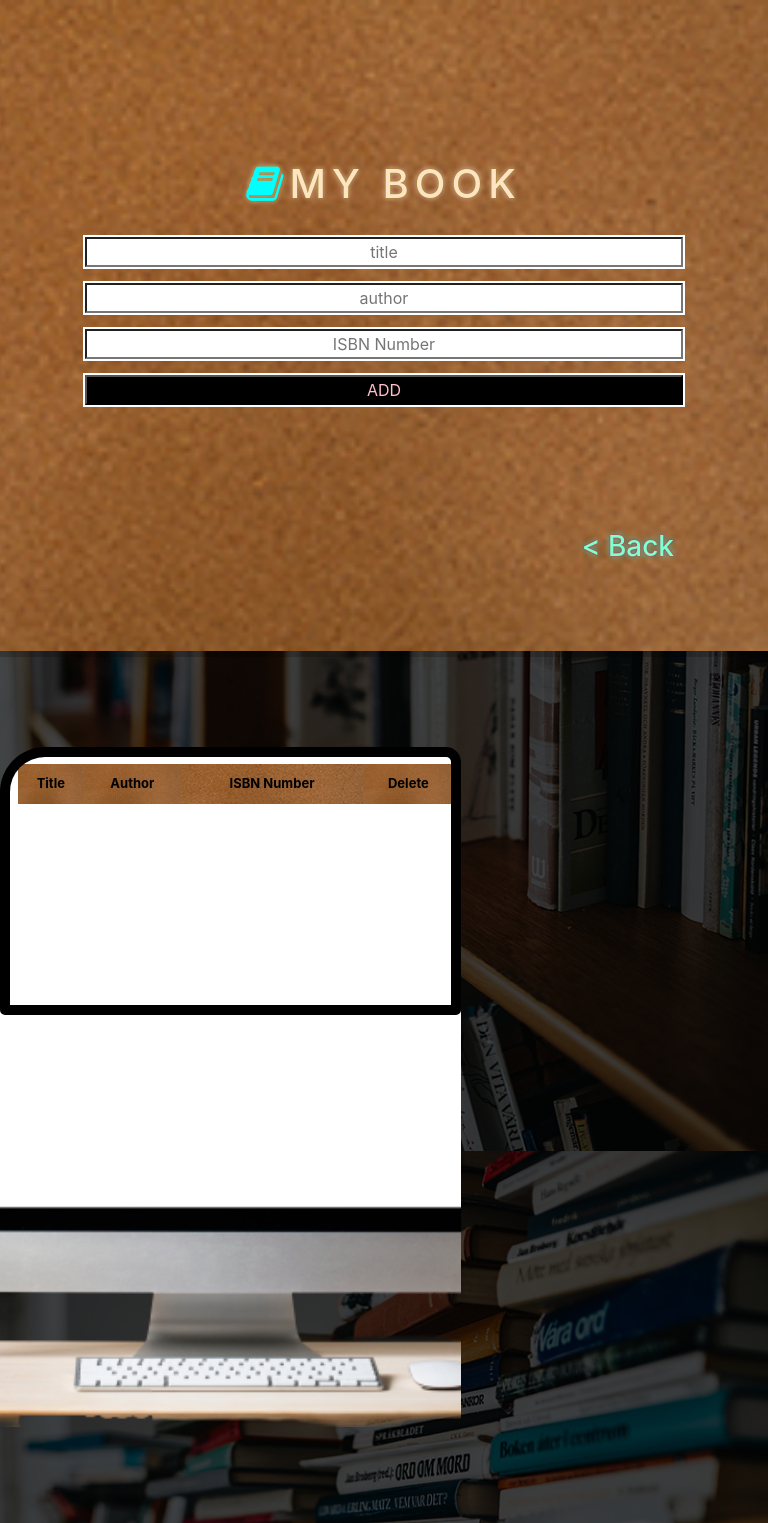
Repository: CSituma/Home-Library-App
Page: libu.html
An editor plug-in stored every save of this project. The page is shown before and after the next save, followed by the edit.
The browser window is 768 px wide. The pictures show the whole page.
Backgrounds fixed to the window are drawn as part of the page. Some web libraries are served in a nearby version.

Above is the page before, as saved 2020-11-10 21:26:57.

### libu.html
<!DOCTYPE html>
<html lang="en">
<head>
    <meta charset="UTF-8">
    <meta name="viewport" content="width=device-width, initial-scale=1.0">
    <meta http-equiv="X-UA-Compatible" content="ie=edge">
    <link rel="stylesheet" href="style.css">
    <link rel="stylesheet" href="https://cdnjs.cloudflare.com/ajax/libs/font-awesome/4.7.0/css/font-awesome.min.css"/>
<link rel="stylesheet" href="https://stackpath.bootstrapcdn.com/bootstrap/4.5.0/css/bootstrap.min.css" integrity="sha384-9aIt2nRpC12Uk9gS9baDl411NQApFmC26EwAOH8WgZl5MYYxFfc+NcPb1dKGj7Sk" crossorigin="anonymous"/>
<link rel="stylesheet" href="https://cdnjs.cloudflare.com/ajax/libs/animate.css/4.0.0/animate.min.css"/>
  <title>BOOK TRACKER</title>
</head>
<body>
    <div class="columns">
        <div class="js">

            <h1><i class="fa fa-book"></i>MY BOOK</h1>
            <form id="form">
                <input type= "text" id= "title"  placeholder="title">
                <input type= "text" id= "author" placeholder="author" >
                <input type= "text" id= "number" placeholder="ISBN Number">
                <input type= "submit"id= "button" value="ADD">
            </form>
        <h3> <a href= "./index.html"> < Back </a></h3>
        </div>
        <div class="storage" >
              <div class="storage_items">
        <table id="table">
            <thead>
                <tr>
                <th id="title">Title</th>
                <th>Author</th>
                <th>ISBN Number</th>
                <th>Delete</th>
                </tr>
                </thead>
                <tbody class="Booklist" id="booklist">
                </tbody>
            </table>
            </div>
        </div>
</div>
    <script src="lib.js"></script>
 </body>
 </html>

### style.css
/*homepage//////////////*/
body,
html {
  max-width: 100%;
  margin: 0;
  padding: 0;
  max-height: 100%;
  background: url("./images/sandra-seitamaa-qkIWnKtGhg4-unsplash.jpg")
    center/cover no-repeat fixed;
}

.container {
  margin: 10em 20em 20em 20em;
  height: 400px;
  width: 40%;
  background-color: rgba(146, 116, 15, 0.445);
  text-align: center;
}

.lol {
  padding-top: 5em;
  font-weight: 800;
  font-style: italic;
}
span {
  color: yellow;
  font-weight: 400;
}
#lolone {
  color: ghostwhite;
}

h3 {
  padding-top: 4em;
  float: right;
  margin-right: 0.5em;
  font-weight: 900;
  font-size: 2rem;
  text-shadow: 0 0 3px #FF0000, 0 0 5px aqua;
}

h3 a {
  text-decoration: none;
 color: aquamarine;

}

h3 a:hover {
  text-decoration: none;
  color: burlywood;
}

#you {
  padding: 1rem;
  color: gold;
}

/*library////////////////*/
.columns {
  display: flex;
  justify-content: space-between;
  max-width: 100%;
  max-height: 100%;
  background: rgba(0, 0, 0, 0.692);

}
h1{
  letter-spacing: 6px;
  text-shadow: 0 0 3px olive, 0 0 5px pink;
  padding-top:2em;
  margin: 0;
  color: bisque;

}
table {
  background: black;
  width: 100%;
  margin:0.5em;
  margin-left:0.2em;
  text-align: center;
  color:white;

}


td{
  margin: 2em;
}
tr{
  border-left: white 5px solid;
  height: 40px;
}
th {
  color: black;
  background:url('./images/josephine-bredehoft-KsAo8ouBn8A-unsplash.jpg') center/cover no-repeat;
  outline: none;
}
tbody tr:nth-child(odd){
  background:white;
 color: olive;
}
tbody tr:nth-child(odd):hover {
  box-shadow: 0 0 0 2px white;

}
tbody tr:nth-child(even){
background:black;

}
tbody tr:nth-child(even):hover{
  box-shadow: 0 0 0 2px gray;
}

 .fa {
   color:aqua;
 }
 .fa:hover{
   font-size:1.3em;
 }
form {
  padding: 0.3em;
  margin-top: 1em;
}

form input {
  width: 100%;
  margin: 0.5em 0;
  -webkit-box-shadow: 0 0 0 2px white;
  box-shadow: 0 0 0 2px white;
}

:placeholder-shown {
  text-align: center;
}

#button {
  color: pink;
  background-color: black;
}

/*/////////////////////////////////*/
.storage_items {

  background-color: white;
  width:100%;
  max-height: 70%;
  margin-left: 8em;
  margin-top: 5em;
  margin-bottom: 2em;
  border: rgb(0, 0, 0) 5px solid;
  border-style: groove;
  padding-bottom: 15em;
  overflow: scroll;
  scroll-behavior: smooth;
  scrollbar-width: 2px;
}
.storage {
  background:url("./images/1463-removebg-preview.png") center/cover no-repeat;
  width: 60%;
  height: 85vh;
  margin: 6em 3em 6em 0;
  border-radius: 3px;

}
.js {
  -webkit-box-shadow: 0 0 0 6px rgba(0, 0, 0, 0.191);
  box-shadow: 0 0 0 6px rgba(0, 0, 0, 0.191);
  text-align: center;
  width: 40%;
  margin: 6em 0em 6em 3em;
  background: url("./images/josephine-bredehoft-KsAo8ouBn8A-unsplash.jpg")
    center/cover no-repeat;
}

@media screen and (max-width:1000px) {
  .storage{
    margin-right: 0;

    background: url("./images/719-removebg-preview.png") center/cover no-repeat;
  }
  .storage_items{
    margin:0;
    font-size: 13px;
   border: 10px solid black;
   border-radius: 45px;
   border-bottom-right-radius:5px;
   border-bottom-left-radius:5px;
   border-top-right-radius:15px;

   padding:0;
   padding-bottom: 15em;

}

.js{
  margin: 0;}


}

@media screen and (min-width:1000px) {

 .storage_items{
  max-height: 60%;
    background-color: white;
    width: 400px;
    height: 50%;
    margin-left: 10em;
    margin-top: 5.5em;

  }


 }

 @media screen and (max-width:800px)
 {
  .storage{
    background: url("./images/719-removebg-preview.png") center/cover no-repeat;
  }
  .storage_items{
    margin:0;
    font-size: 13px;
   border: 10px solid black;
   border-radius: 45px;
   border-bottom-right-radius:5px;
   border-bottom-left-radius:5px;
   border-top-right-radius:15px;
   padding:0;
   padding-bottom: 15em;

}
.columns{
  flex-direction: column;
}
.js{
  width:100%;
  padding: 5em;
 }

 }

### lib.js
// Book Class: Represents a Book
class Book {
  constructor(title, author, isbn) {
    this.title = title;
    this.author = author;
    this.isbn = isbn;
  }
}

// UI Class: Handle UI Tasks
class UI {
//display Books.//
static displayBooks () {
 const books = Store.getBooks();
 books.forEach(((book) =>
  UI.addBookToList(book)));
}


//addbooks
static addBookToList(book) {

const bookList = document.querySelector('#booklist');
const row = document.createElement('tr');

row.innerHTML= `<td>${book.title} </td>
               <td>${book.author}</td>
               <td>${book.isbn}</td>
              <td><i class="fa fa-trash-o"></i></td>`;

bookList.appendChild(row);

}


//deletebooks
static deleteBook(el){
 if(el.classList.contains('fa')){
   el.parentElement.parentElement.remove();
  }}

////show alert msg
static showAlert(message, className){
const div = document. createElement('div');
div.className = `alert alert-${className}`;
div.appendChild(document.createTextNode(message));
const button = document.getElementById('button');
const form = document.getElementById('form');


form.insertBefore(div, button);


//message vanishing//

setTimeout(() => {
  document.querySelector('.alert').remove();
}, 3000);

}

//clear fields//

static clearFields() {
  document.querySelector('#title').value = '';
  document.querySelector('#author').value = '';
  document.querySelector('#number').value = '';
}

}

///Events:
/* 1. Display Books */

document.addEventListener('DOMContentLoaded', UI.displayBooks);

/* 2. Add Books*/
document.querySelector("#form").addEventListener('submit',(e) =>
{
e.preventDefault();
///get form values//
const title = document.querySelector('#title').value;
const author = document.querySelector('#author').value;
const isbn = document.querySelector('#number').value;

  // Validate
 if(title ===''|| author===''|| isbn===''){
   UI.showAlert('Please fill in the Form', 'danger')
 }
else{
  //instantiate Book
  const book = new Book(title,author,isbn);

//////Adding
UI.addBookToList(book);

Store.addBook(book);

///Show Sucess Message
UI.showAlert('Added', 'success');
//Clearfields
UI.clearFields();


 }
}
);


/////3. Remove BOOK////
document.querySelector('#booklist').addEventListener('click', (e)=>{
e.preventDefault();
//deleting from UI

UI.deleteBook(e.target);
///deleting from Store
Store.removeBook(e.target.parentElement.previousElementSibling.textContent);
//Message
UI.showAlert('Book Deleted', 'danger');

}
);

///localStorage
class Store{
  static getBooks(){
    let books;
   if (localStorage.getItem('books') === null){
     books = [];
   }
   else {
     books = JSON.parse(localStorage.getItem('books'));
   }
   return books;
  }

  static addBook(book){
    const books= Store.getBooks();
    books.push(book);
   localStorage.setItem('books',JSON.stringify(books));
  }
  static removeBook(isbn) {
    const books = Store.getBooks();

    books.forEach((book, index) => {
      if(book.isbn === isbn) {
        books.splice(index, 1);
      }
    });
    localStorage.setItem('books', JSON.stringify(books));
  }
}

After the next save:
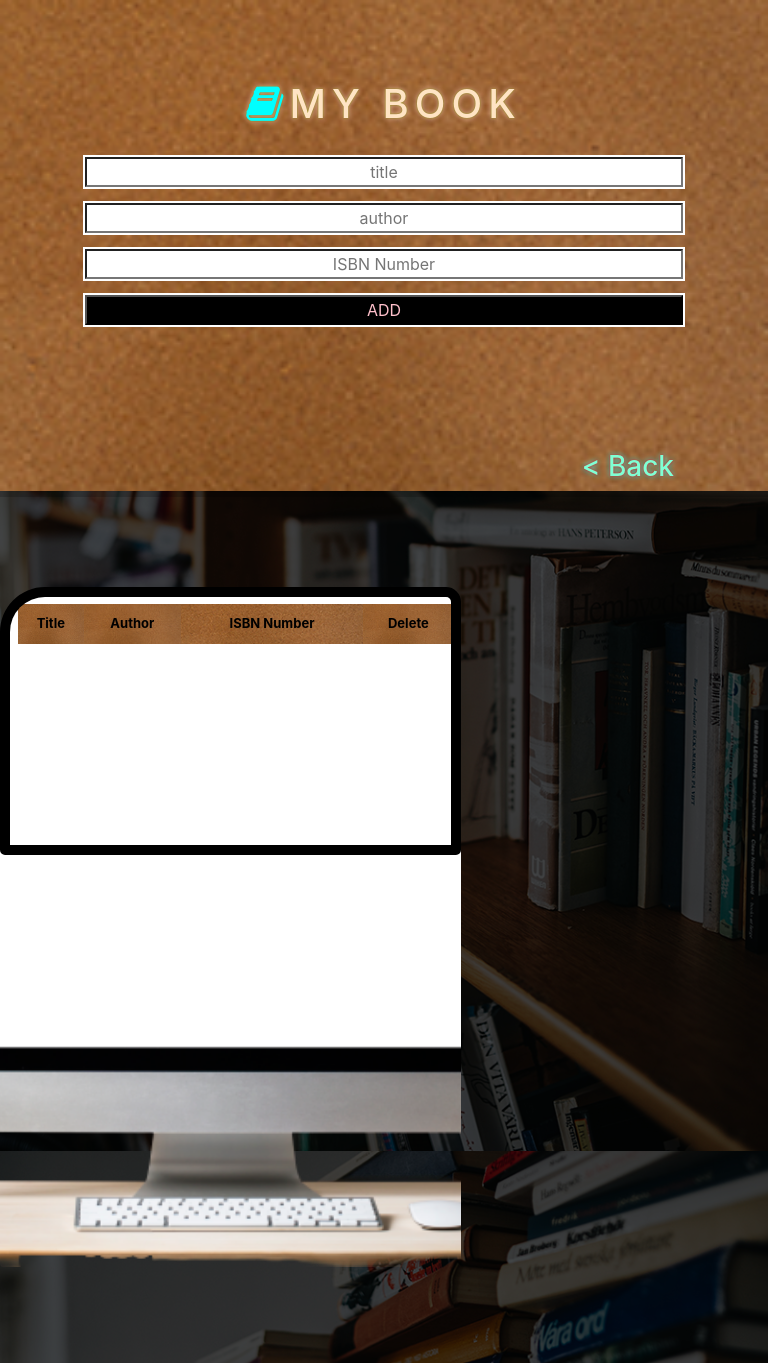
Saved 8 s later.
--- a/style.css
+++ b/style.css
@@ -235,7 +235,7 @@ form input {
 }
 .js{
   width:100%;
-  padding: 5em;
- }
-
- }
+  padding: 0 5em;
+ }
+
+ }
